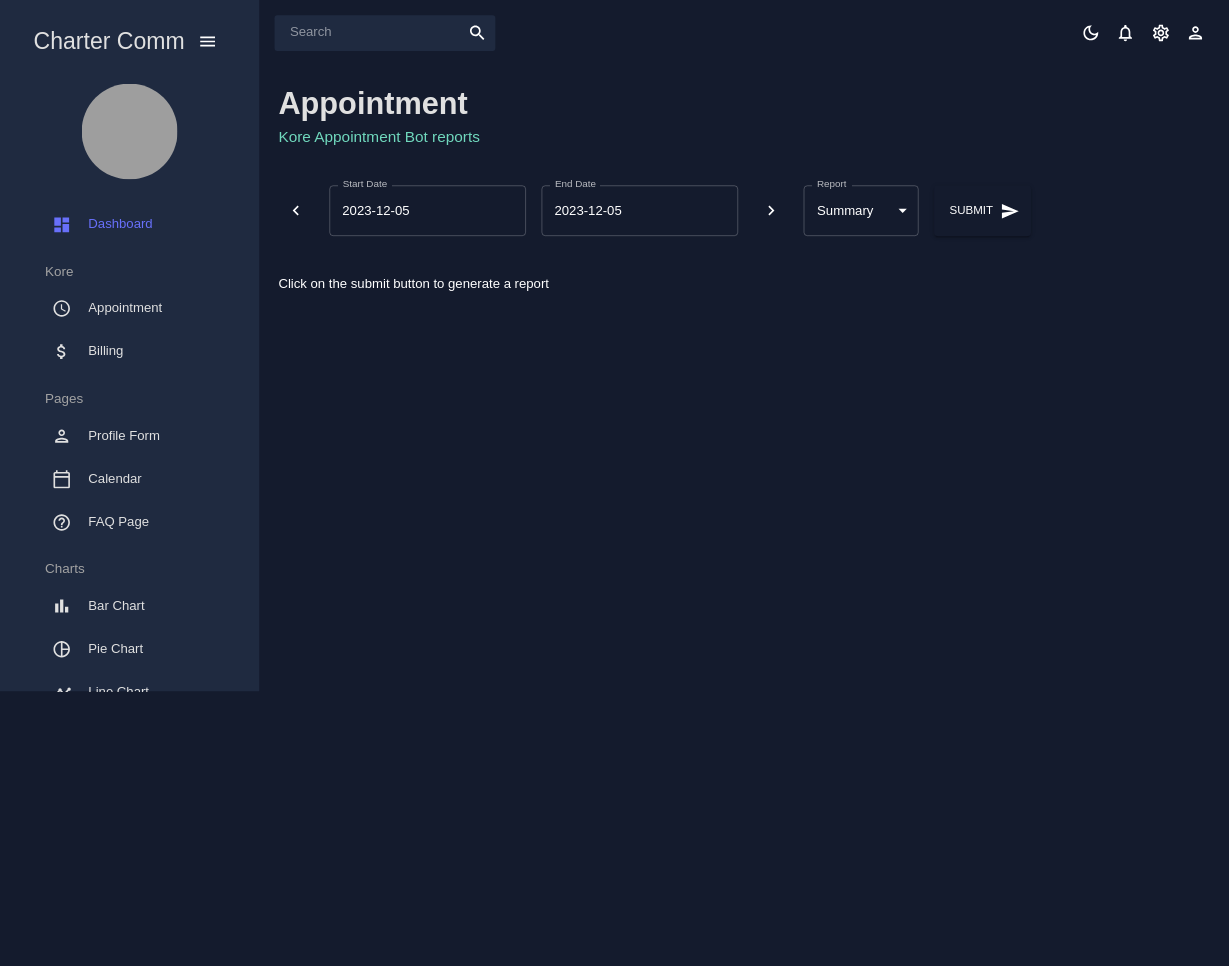
Repository: HenrryWith2Rs/reporthub
Page: /kore/appt (app in ui/)
An editor plug-in stored every save of this project. The page is shown before and after the next save, followed by the edit.
The browser window is 1280 px wide. The pictures show the whole page, at 96% of full size.
Pictures or frames that could not be fetched are drawn as grey boxes. The project was rebuilt for these pictures with package versions that can differ from the ones it lists, and the page was loaded fresh each time. Also part of the build but not shown: ui/vite.config.ts, ui/src/data/mockData.ts, ui/src/components/LineChart.tsx, ui/src/data/mockGeoFeatures.ts, ui/src/components/GeographyChart.tsx, ui/src/data/dataParser.ts, ui/src/components/BarChart.tsx, ui/src/components/ProgressCircle.tsx and 8 more.

Above is the page before, as saved 2023-12-09 18:05:12.

### ui/src/main.tsx
import React from 'react';
import ReactDOM from 'react-dom/client';
import { BrowserRouter } from 'react-router-dom';
import App from './App.tsx';
import './index.css';
import { LocalizationProvider } from '@mui/x-date-pickers';
import { AdapterDateFns } from '@mui/x-date-pickers/AdapterDateFns';
import { QueryClient, QueryClientProvider } from '@tanstack/react-query';
// import {ReactQueryDevtools} from "@tanstack/react-query-devtools"

const queryClient = new QueryClient();

ReactDOM.createRoot(document.getElementById('root')!).render(
  <React.StrictMode>
    <LocalizationProvider dateAdapter={AdapterDateFns}>
      <BrowserRouter>
        <QueryClientProvider client={queryClient}>
          <App />
        </QueryClientProvider>
      </BrowserRouter>
    </LocalizationProvider>
  </React.StrictMode>
);

### ui/src/App.tsx
import { Routes, Route } from 'react-router-dom';
import ThemeRegistry from './ThemeRegistry/ThemeRegistry';
import Topbar from './scenes/global/Topbar';
import Sidebar from './scenes/global/Sidebar';
import Dashboard from './scenes/dashboard';
import Appointment from './scenes/appointment';
import Bar from './scenes/bar';
import Pie from './scenes/pie';
import Line from './scenes/line';
import Geography from './scenes/geography';

function App() {
  return (
    <ThemeRegistry>
      <div className="app">
        <Sidebar />
        <main className="content">
          <Topbar />
          <Routes>
            <Route path="/" element={<Dashboard />} />
            <Route path="/kore/appt" element={<Appointment />} />
            <Route path="/bar" element={<Bar />} />
            <Route path="/pie" element={<Pie />} />
            <Route path="/line" element={<Line />} />
            <Route path="/geography" element={<Geography />} />
          </Routes>
        </main>
      </div>
    </ThemeRegistry>
  );
}

export default App;

### ui/src/index.css
@import url('https://fonts.googleapis.com/css2?family=Poppins:wght@300;400;500;600&family=Source+Code+Pro:wght@400;600;700&display=swap');

html,
body,
#root,
.app,
.content {
  height: 100%;
  width: 100%;
  font-family: 'Source Sans Pro', sans-serif;
}

.app {
  display: flex;
  position: relative;
}

::-webkit-scrollbar {
  width: 10px;
}

/* Track */
::-webkit-scrollbar-track {
  background: #e0e0e0;
}

/* Handle */
::-webkit-scrollbar-thumb {
  background: #888;
}

/* Handle on hover */
::-webkit-scrollbar-thumb:hover {
  background: #555;
}

### ui/src/ThemeRegistry/ThemeRegistry.tsx
import { ThemeProvider, CssBaseline } from '@mui/material';
import { ColorModeContext, useMode } from './theme';

export default function ThemeRegistry({
  children,
}: {
  children: React.ReactNode;
}) {
  const [theme, colorMode] = useMode();
  return (
    <ColorModeContext.Provider value={colorMode}>
      <ThemeProvider theme={theme}>
        {/* CssBaseline kickstart an elegant, consistent, and simple baseline to build upon. */}
        <CssBaseline />
        {children}
      </ThemeProvider>
    </ColorModeContext.Provider>
  );
}

### ui/src/scenes/global/Topbar.tsx
import { Box, IconButton, useTheme } from '@mui/material';
import { useContext } from 'react';
import { ColorModeContext, tokens } from '../../ThemeRegistry/theme';
import InputBase from '@mui/material/InputBase';
import LightModeOutlinedIcon from '@mui/icons-material/LightModeOutlined';
import DarkModeOutlinedIcon from '@mui/icons-material/DarkModeOutlined';
import NotificationsOutlinedIcon from '@mui/icons-material/NotificationsOutlined';
import SettingsOutlinedIcon from '@mui/icons-material/SettingsOutlined';
import PersonOutlinedIcon from '@mui/icons-material/PersonOutlined';
import SearchIcon from '@mui/icons-material/Search';

const Topbar = () => {
  const theme = useTheme();
  const colors = tokens(theme.palette.mode);
  const colorMode = useContext(ColorModeContext);

  return (
    <Box display="flex" justifyContent="space-between" p={2}>
      {/* SEARCH BAR */}
      <Box
        sx={{
          display: 'flex',
          backgroundColor: colors.primary[400],
          borderRadius: '3px',
        }}
      >
        <InputBase sx={{ ml: 2, flex: 1 }} placeholder="Search" />
        <IconButton type="button" sx={{ p: 1 }}>
          <SearchIcon />
        </IconButton>
      </Box>

      {/* ICONS */}
      <Box display="flex">
        <IconButton onClick={colorMode.toggleColorMode}>
          {theme.palette.mode === 'dark' ? (
            <DarkModeOutlinedIcon />
          ) : (
            <LightModeOutlinedIcon />
          )}
        </IconButton>
        <IconButton>
          <NotificationsOutlinedIcon />
        </IconButton>
        <IconButton>
          <SettingsOutlinedIcon />
        </IconButton>
        <IconButton>
          <PersonOutlinedIcon />
        </IconButton>
      </Box>
    </Box>
  );
};

export default Topbar;

### ui/src/scenes/appointment/index.tsx
import { useState, useEffect } from 'react';
import { tokens } from '../../ThemeRegistry/theme';
import Header from '../../components/Header';
import {
  useTheme,
  Box,
  Stack,
  Button,
  IconButton,
  MenuItem,
  InputLabel,
  FormControl,
  CircularProgress,
} from '@mui/material';
import SendIcon from '@mui/icons-material/Send';
import Select, { SelectChangeEvent } from '@mui/material/Select';
import { DatePicker } from '@mui/x-date-pickers/DatePicker';
import { format } from 'date-fns';
import { getLastNDays } from '../../utils/dateUtils';
import { ReportType } from '../../types/koreTypes';
import useBotData from '../../api/dataHooks/useAppointmentData';
import BotReport from '../../components/BotReport';
import { ArrowLeftIcon, ArrowRightIcon } from '@mui/x-date-pickers';

const Appointment = () => {
  const theme = useTheme();
  const colors = tokens(theme.palette.mode);

  // State variables
  const [dateStart, setDateStart] = useState<Date | null>(new Date());
  const [dateEnd, setDateEnd] = useState<Date | null>(new Date());
  const [reportType, setReportType] = useState<ReportType>('summary');
  const [isFetchEnabled, setIsFetchEnabled] = useState<boolean>(false);

  // Effect to set initial date values
  useEffect(() => {
    const { startDate, endDate } = getLastNDays(1);
    setDateStart(startDate);
    setDateEnd(endDate);
  }, []);

  // Format date values
  const formattedStartDate = formatDate(dateStart);
  const formattedEndDate = formatDate(dateEnd);

  // Fetch data using useBotData
  const { data, isFetching, error, refetch } = useBotData(
    'appointment',
    formattedStartDate,
    formattedEndDate,
    reportType,
    'html',
    isFetchEnabled
  );

  // Log loading, error, or API response
  if (isFetching) {
    console.log('Loading...');
  } else if (error) {
    console.error('Error fetching data');
  } else if (data) {
    console.log('API Response:', data);
    // Display data or update state as needed
  }

  // Handle select change
  const handleSelectChange = (event: SelectChangeEvent) => {
    setReportType(event.target.value as ReportType);
  };

  // Handle form submission
  const handleSubmit = () => {
    setIsFetchEnabled(true); // Enable fetching
    refetch(); // Trigger API call
  };
  return (
    <Box m="20px">
      <Header title="Appointment" subtitle="Kore Appointment Bot reports" />
      <Box m="40px 0 0 0" height="75vh">
        <Stack direction="row" spacing={2}>
          <IconButton>
            <ArrowLeftIcon />
          </IconButton>
          <DatePicker
            label="Start Date"
            format="yyyy-MM-dd"
            value={dateStart}
            onChange={(newValue) => setDateStart(newValue)}
            minDate={new Date('2023-09-02')}
          />
          <DatePicker
            label="End Date"
            format="yyyy-MM-dd"
            value={dateEnd}
            onChange={(newValue) => setDateEnd(newValue)}
          />
          <IconButton>
            <ArrowRightIcon />
          </IconButton>
          <FormControl sx={{ minWidth: 120 }}>
            <InputLabel>Report</InputLabel>
            <Select
              value={reportType}
              label="Report"
              onChange={handleSelectChange}
            >
              <MenuItem value={'summary'}>Summary</MenuItem>
              <MenuItem value={'detailed'}>Detailed</MenuItem>
            </Select>
          </FormControl>
          <Button
            variant="contained"
            endIcon={<SendIcon />}
            onClick={handleSubmit}
          >
            Submit
          </Button>
        </Stack>
        <Box m="40px 0 0 0" height="100vh">
          {isFetching ? (
            <CircularProgress />
          ) : error ? (
            <div>Error fetching data. Please try again.</div>
          ) : data ? (
            <BotReport html={data.message} />
          ) : (
            <div>Click on the submit button to generate a report</div>
          )}
        </Box>
      </Box>
    </Box>
  );
};

const formatDate = (date: Date | null): string => {
  return date ? format(date, 'yyyy-MM-dd') : '';
};

export default Appointment;

### ui/src/ThemeRegistry/theme.ts
import { createContext, useState, useMemo } from 'react';
import { Theme, createTheme } from '@mui/material/styles';

type Mode = 'dark' | 'light';

// color design tokens export
export const tokens = (mode: Mode) => ({
  ...(mode === 'dark'
    ? {
        grey: {
          100: '#e0e0e0',
          200: '#c2c2c2',
          300: '#a3a3a3',
          400: '#858585',
          500: '#666666',
          600: '#525252',
          700: '#3d3d3d',
          800: '#292929',
          900: '#141414',
        },
        primary: {
          100: '#d0d1d5',
          200: '#a1a4ab',
          300: '#727681',
          400: '#1F2A40',
          500: '#141b2d',
          600: '#101624',
          700: '#0c101b',
          800: '#080b12',
          900: '#040509',
        },
        greenAccent: {
          100: '#dbf5ee',
          200: '#b7ebde',
          300: '#94e2cd',
          400: '#70d8bd',
          500: '#4cceac',
          600: '#3da58a',
          700: '#2e7c67',
          800: '#1e5245',
          900: '#0f2922',
        },
        redAccent: {
          100: '#f8dcdb',
          200: '#f1b9b7',
          300: '#e99592',
          400: '#e2726e',
          500: '#db4f4a',
          600: '#af3f3b',
          700: '#832f2c',
          800: '#58201e',
          900: '#2c100f',
        },
        blueAccent: {
          100: '#e1e2fe',
          200: '#c3c6fd',
          300: '#a4a9fc',
          400: '#868dfb',
          500: '#6870fa',
          600: '#535ac8',
          700: '#3e4396',
          800: '#2a2d64',
          900: '#151632',
        },
      }
    : {
        grey: {
          100: '#141414',
          200: '#292929',
          300: '#3d3d3d',
          400: '#525252',
          500: '#666666',
          600: '#858585',
          700: '#a3a3a3',
          800: '#c2c2c2',
          900: '#e0e0e0',
        },
        primary: {
          100: '#040509',
          200: '#080b12',
          300: '#0c101b',
          400: '#f2f0f0', // manually changed
          500: '#141b2d',
          600: '#1F2A40',
          700: '#727681',
          800: '#a1a4ab',
          900: '#d0d1d5',
        },
        greenAccent: {
          100: '#0f2922',
          200: '#1e5245',
          300: '#2e7c67',
          400: '#3da58a',
          500: '#4cceac',
          600: '#70d8bd',
          700: '#94e2cd',
          800: '#b7ebde',
          900: '#dbf5ee',
        },
        redAccent: {
          100: '#2c100f',
          200: '#58201e',
          300: '#832f2c',
          400: '#af3f3b',
          500: '#db4f4a',
          600: '#e2726e',
          700: '#e99592',
          800: '#f1b9b7',
          900: '#f8dcdb',
        },
        blueAccent: {
          100: '#151632',
          200: '#2a2d64',
          300: '#3e4396',
          400: '#535ac8',
          500: '#6870fa',
          600: '#868dfb',
          700: '#a4a9fc',
          800: '#c3c6fd',
          900: '#e1e2fe',
        },
      }),
});

// mui theme settings
export const themeSettings = (mode: Mode) => {
  const colors = tokens(mode);
  return {
    palette: {
      mode: mode,
      ...(mode === 'dark'
        ? {
            // palette values for dark mode
            primary: {
              main: colors.primary[500],
            },
            secondary: {
              main: colors.greenAccent[500],
            },
            neutral: {
              dark: colors.grey[700],
              main: colors.grey[500],
              light: colors.grey[100],
            },
            background: {
              default: colors.primary[500],
            },
          }
        : {
            // palette values for light mode
            primary: {
              main: colors.primary[100],
            },
            secondary: {
              main: colors.greenAccent[500],
            },
            neutral: {
              dark: colors.grey[700],
              main: colors.grey[500],
              light: colors.grey[100],
            },
            background: {
              default: '#fcfcfc',
            },
          }),
    },
    typography: {
      fontFamily: ['Source Sans Pro', 'sans-serif'].join(','),
      fontSize: 12,
      h1: {
        fontFamily: ['Source Sans Pro', 'sans-serif'].join(','),
        fontSize: 40,
      },
      h2: {
        fontFamily: ['Source Sans Pro', 'sans-serif'].join(','),
        fontSize: 32,
      },
      h3: {
        fontFamily: ['Source Sans Pro', 'sans-serif'].join(','),
        fontSize: 24,
      },
      h4: {
        fontFamily: ['Source Sans Pro', 'sans-serif'].join(','),
        fontSize: 20,
      },
      h5: {
        fontFamily: ['Source Sans Pro', 'sans-serif'].join(','),
        fontSize: 16,
      },
      h6: {
        fontFamily: ['Source Sans Pro', 'sans-serif'].join(','),
        fontSize: 14,
      },
    },
  };
};

// context for color mode
export const ColorModeContext = createContext({
  toggleColorMode: () => {},
});

export const useMode = (): [Theme, { toggleColorMode: () => void }] => {
  const [mode, setMode] = useState<Mode>('dark');

  const colorMode = useMemo(
    () => ({
      toggleColorMode: () =>
        setMode((prev) => (prev === 'light' ? 'dark' : 'light')),
    }),
    []
  );

  const theme = useMemo(() => createTheme(themeSettings(mode)), [mode]);
  return [theme, colorMode];
};

### ui/src/components/Header.tsx
import { Typography, Box, useTheme } from '@mui/material';
import { tokens } from '../ThemeRegistry/theme';

type HeaderProps = {
  title: string;
  subtitle: string;
};

const Header = ({ title, subtitle }: HeaderProps) => {
  const theme = useTheme();
  const colors = tokens(theme.palette.mode);
  return (
    <Box mb="30px">
      <Typography
        variant="h2"
        color={colors.grey[100]}
        fontWeight="bold"
        sx={{ m: '0 0 5px 0' }}
      >
        {title}
      </Typography>
      <Typography variant="h5" color={colors.greenAccent[400]}>
        {subtitle}
      </Typography>
    </Box>
  );
};

export default Header;

### ui/src/utils/dateUtils.ts
import { subDays } from 'date-fns';

export function getLastNDays(n: number): {
  startDate: Date;
  endDate: Date;
} {
  const currentDate = new Date();
  const endDate = subDays(currentDate, 1);
  const startDate = subDays(currentDate, n);

  return { startDate, endDate };
}

### ui/src/api/dataHooks/useAppointmentData.ts
// useBotData.ts
import { useQuery } from '@tanstack/react-query';
import {
  RequestParameters,
  BotType,
  ReportType,
  FormatType,
} from '../../types/koreTypes';
import { fetchAppointmentData } from '../data/koreBotDataFetcher';

const useBotData = (
  botType: string,
  dateStart: string,
  dateEnd: string,
  reportType: string,
  format: string,
  isFetchEnabled: boolean
) => {
  const params: RequestParameters = {
    bot: botType as BotType,
    reportType: reportType as ReportType,
    format: format as FormatType,
    dateStart,
    dateEnd,
  };

  const { data, isFetching, error, refetch } = useQuery({
    queryKey: [`${botType}Data`, dateStart, dateEnd],
    queryFn: () => fetchAppointmentData(params),
    enabled: isFetchEnabled,
  });

  return {
    data,
    isFetching,
    error,
    refetch,
  };
};

export default useBotData;

### ui/src/api/data/koreBotDataFetcher.ts
import axios from 'axios';
import { RequestParameters } from '../../types/koreTypes';

export const fetchAppointmentData = async (params: RequestParameters) => {
  try {
    const response = await axios.post(
      'http://localhost:3000/api/kore/appt',
      params
    );

    return response.data;
  } catch (error) {
    throw new Error(`Failed to fetch appointment data -> ${error}`);
  }
};

Loaded but not shown: ui/index.html (common file); ui/src/scenes/global/Sidebar.tsx (235 lines, source omitted)

After the next save:
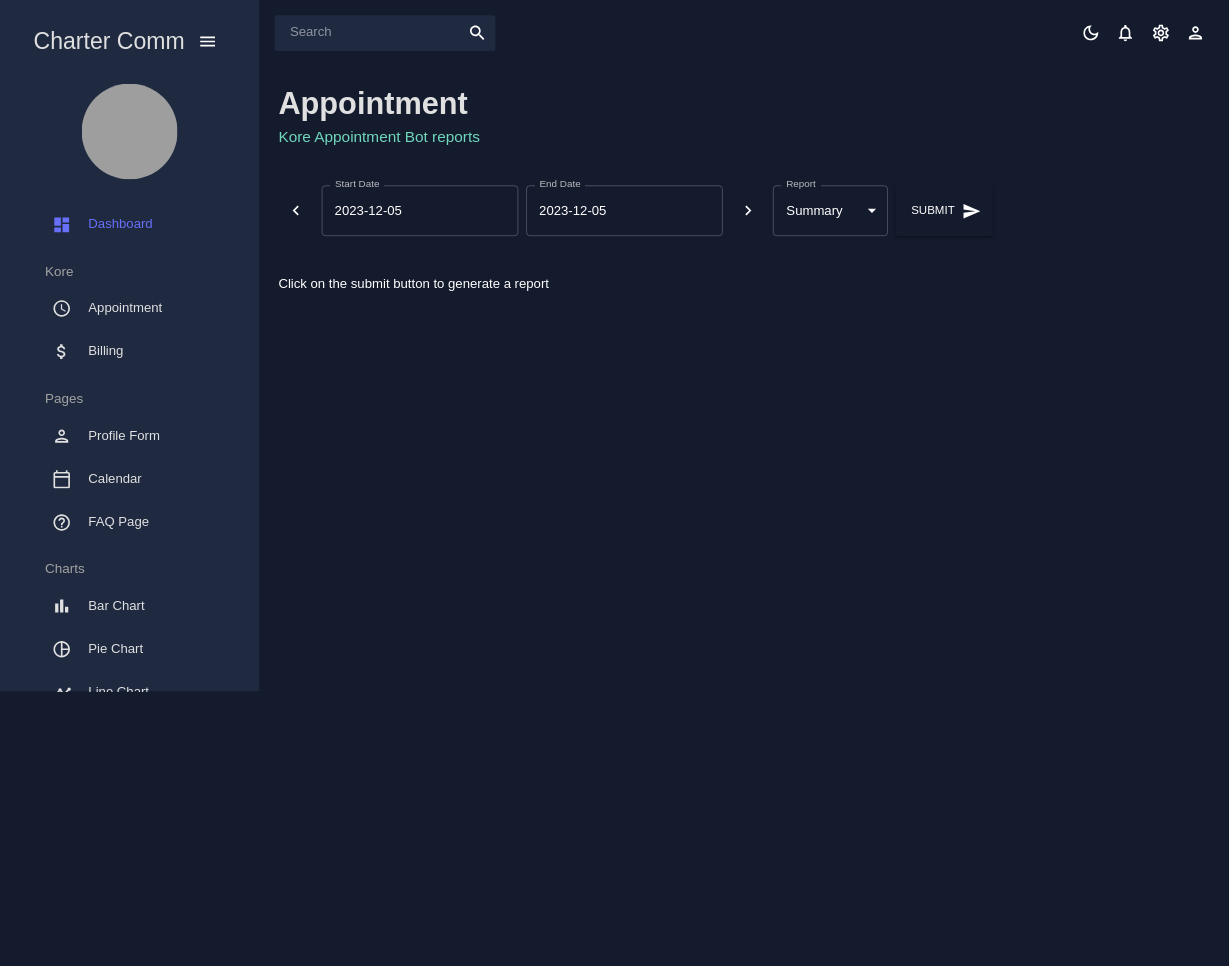
Saved 34 s later.
--- a/ui/src/scenes/appointment/index.tsx
+++ b/ui/src/scenes/appointment/index.tsx
@@ -77,7 +77,7 @@ const Appointment = () => {
     <Box m="20px">
       <Header title="Appointment" subtitle="Kore Appointment Bot reports" />
       <Box m="40px 0 0 0" height="75vh">
-        <Stack direction="row" spacing={2}>
+        <Stack direction="row" spacing={1}>
           <IconButton>
             <ArrowLeftIcon />
           </IconButton>
